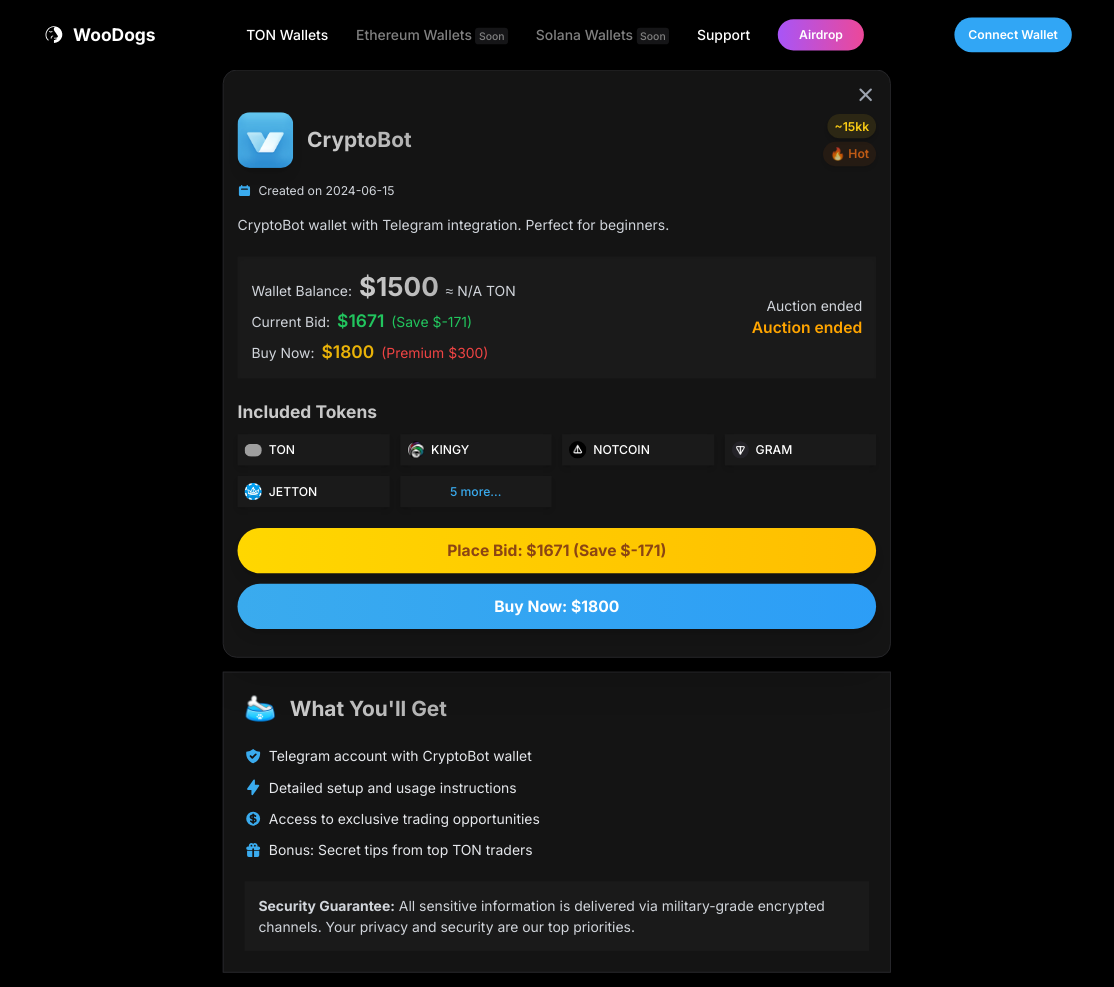
Repository: itititi/woofdogs_off
Page: /wallet/cryptobot-1
The author's editor kept a copy of each file at every save. The page is drawn from the files as they stood at one save, then again after the next save.
The browser window is 1280 px wide. The pictures show the whole page, at 87% of full size.
Pictures or frames that could not be fetched are drawn as grey boxes. The page's requests for data from a server got no answer. The project was rebuilt for these pictures with package versions that can differ from the ones it lists, and the page was loaded fresh each time. The framework's server and built-in components were replaced by stand-ins that run in the browser. No one was signed in, and anything a server would have sent is missing. Also part of the build but not shown: next.config.mjs.

Above is the page before, as saved 2024-10-25 22:40:23.

After the next save:
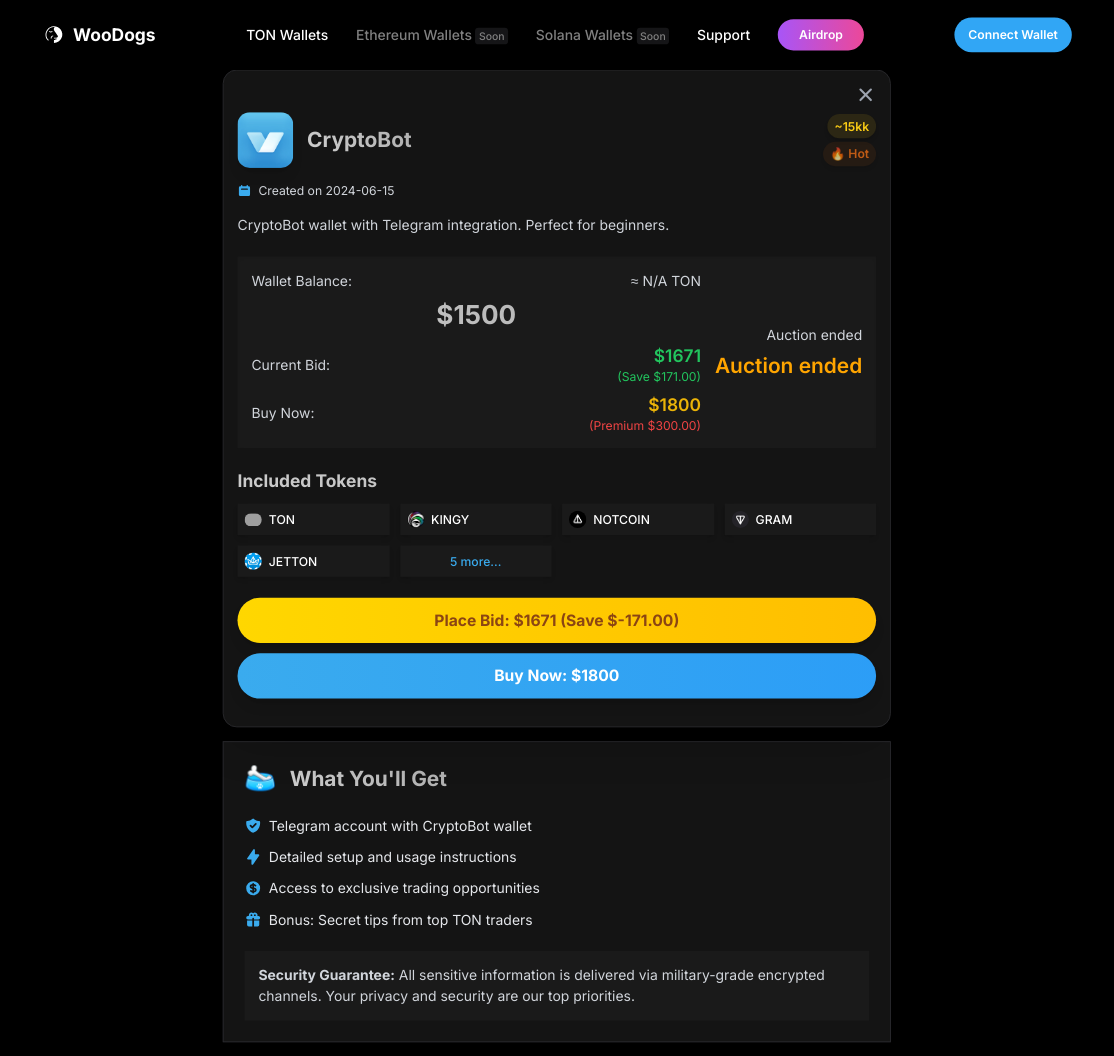
Saved 3 min 17 s later.
--- a/src/app/wallet/[id]/page.tsx
+++ b/src/app/wallet/[id]/page.tsx
@@ -182,35 +182,43 @@
 
             <p className="text-gray-300 text-base mb-6 leading-relaxed">{wallet.description}</p>
 
-            <div className="flex flex-col sm:flex-row sm:justify-between sm:items-center mb-6 bg-[#1A1A1A] p-4 rounded-lg shadow-inner">
-              <div className="mb-2 sm:mb-0">
-                <div className="mb-2">
+            <div className="flex flex-col sm:flex-row sm:justify-between sm:items-stretch mb-6 bg-[#1A1A1A] p-4 rounded-lg shadow-inner">
+              <div className="mb-2 sm:mb-0 flex-1">
+                <div className="flex justify-between mb-2">
                   <span className="text-sm sm:text-base text-gray-300">Wallet Balance:</span>
-                  <span className="text-2xl sm:text-3xl font-bold titanium-gradient ml-2">${wallet.priceUSD}</span>
-                  <span className="text-sm sm:text-base text-gray-300 ml-2">
-                    ≈ {tonAmount} TON
-                  </span>
-                </div>
-                <div className="mb-2">
+                  <span className="text-sm sm:text-base text-gray-300">≈ {tonAmount} TON</span>
+                </div>
+                <div className="text-2xl sm:text-3xl font-bold titanium-gradient text-center mb-4">
+                  ${wallet.priceUSD}
+                </div>
+                <div className="flex justify-between items-center mb-2">
                   <span className="text-sm sm:text-base text-gray-300">Current Bid:</span>
-                  <span className="text-lg sm:text-xl font-semibold text-green-500 ml-2">${bidPrice}</span>
-                  <span className="text-sm sm:text-base text-green-500 ml-2">
-                    (Save ${wallet.priceUSD - bidPrice})
-                  </span>
-                </div>
-                <div>
+                  <div className="text-right">
+                    <span className="text-lg sm:text-xl font-semibold text-green-500">${bidPrice ?? 'N/A'}</span>
+                    {bidPrice !== null && wallet && (
+                      <div className="text-sm text-green-500">
+                        (Save ${(bidPrice - wallet.priceUSD).toFixed(2)})
+                      </div>
+                    )}
+                  </div>
+                </div>
+                <div className="flex justify-between items-center">
                   <span className="text-sm sm:text-base text-gray-300">Buy Now:</span>
-                  <span className="text-lg sm:text-xl font-semibold text-yellow-500 ml-2">${blitzPrice}</span>
-                  <span className="text-sm sm:text-base text-red-500 ml-2">
-                    (Premium ${blitzPrice - wallet.priceUSD})
-                  </span>
-                </div>
-              </div>
-              <div className="flex flex-col items-start sm:items-end">
+                  <div className="text-right">
+                    <span className="text-lg sm:text-xl font-semibold text-yellow-500">${blitzPrice ?? 'N/A'}</span>
+                    {blitzPrice !== null && wallet && (
+                      <div className="text-sm text-red-500">
+                        (Premium ${(blitzPrice - wallet.priceUSD).toFixed(2)})
+                      </div>
+                    )}
+                  </div>
+                </div>
+              </div>
+              <div className="flex flex-col items-center sm:items-end sm:ml-4 mt-4 sm:mt-0 justify-center">
                 <span className="text-gray-300 text-sm sm:text-base">
                   {isAuctionEnded ? 'Auction ended' : 'Auction ends in:'}
                 </span>
-                <span className="font-semibold text-base sm:text-lg text-[#FFA500]">
+                <span className="font-semibold text-xl sm:text-2xl text-[#FFA500] mt-2">
                   {timeLeft}
                 </span>
               </div>
@@ -244,12 +252,12 @@
               <button
                 className="w-full bg-gradient-to-r from-[#FFD700] to-[#FFA500] text-[#8B4513] text-lg font-bold py-3 px-6 rounded-full hover:brightness-110 transition-all duration-300 shadow-lg hover:shadow-xl"
               >
-                Place Bid: ${bidPrice} (Save ${wallet.priceUSD - bidPrice})
+                Place Bid: ${bidPrice ?? 'N/A'} {bidPrice !== null && wallet && `(Save $${(wallet.priceUSD - bidPrice).toFixed(2)})`}
               </button>
               <button
                 className="w-full bg-gradient-to-r from-[#3AABEE] to-[#1E90FF] text-white text-lg font-bold py-3 px-6 rounded-full hover:brightness-110 transition-all duration-300 shadow-lg hover:shadow-xl"
               >
-                Buy Now: ${blitzPrice}
+                Buy Now: ${blitzPrice ?? 'N/A'}
               </button>
             </div>
           </div>
